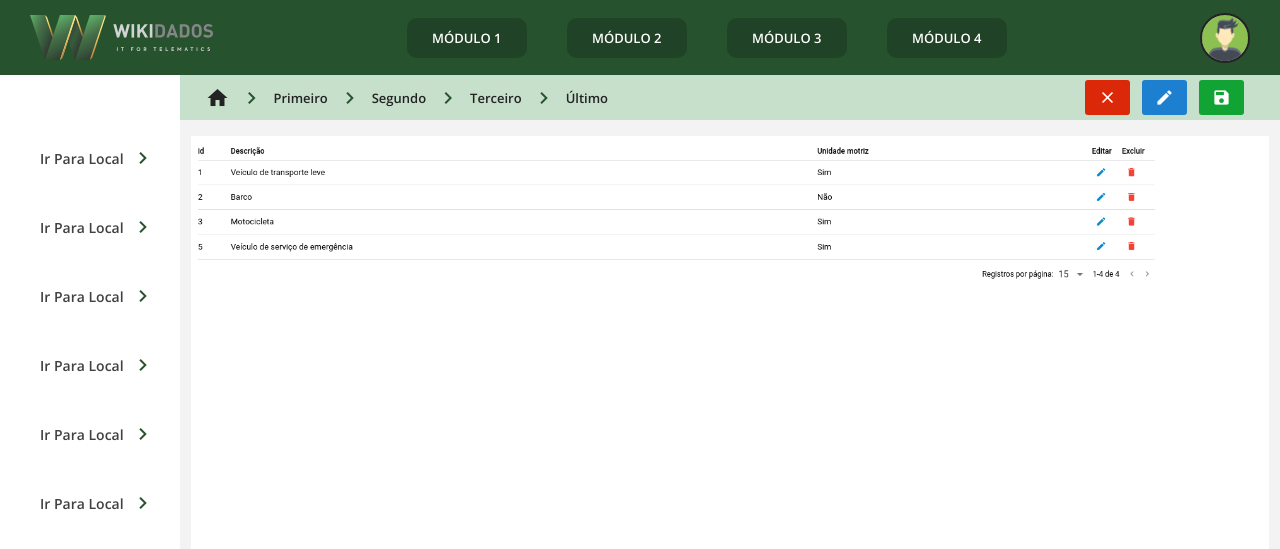
Repository: AlexDjon/alexdjon.github.io
Page: wiki-relayout/index.html
An editor plug-in stored every save of this project. The page is shown before and after the next save, followed by the edit.
The browser window is 1280 px wide. The pictures show the whole page.

Above is the page before, as saved 2020-08-12 16:31:42.

### wiki-relayout/index.html
<!DOCTYPE html>
<html lang="pt-br">

<head>
  <meta charset="UTF-8">
  <meta name="viewport" content="width=device-width, initial-scale=1.0">
  <title>Wiki - Relayout</title>

  <link rel="shotcut icon" href="https://wikidados.com.br/assets/wiki/img/logos/favicon.ico">
  <link href="https://fonts.googleapis.com/icon?family=Material+Icons" rel="stylesheet">
  <link href="https://fonts.googleapis.com/css2?family=Open+Sans:wght@400;600;700&display=swap" rel="stylesheet">
  <link rel="stylesheet" href="css/styles.css">
</head>

<body>
  <header class="cabecalho">
    <img src="img/logo.svg" alt="Logo Wiki" class="logo">

    <div class="modulos">
      <button>Módulo 1</button>
      <button>Módulo 2</button>
      <button>Módulo 3</button>
      <button>Módulo 4</button>
    </div>

    <button class="user">
    </button>
  </header>

  <aside class="areas">
    <ul>
      <li><i class="material-icons">donut_large</i> Editar perfil</li>
      <li><i class="material-icons">grade</i> Favoritos</li>
      <li><i class="material-icons">history</i> Histórico</li>
      <li><i class="material-icons">power_settings_new</i> Sair</li>
    </ul>
  </aside>

  <main class="conteudo">
    <nav class="navbar">
      <ul class="menu">
        <li>Ir para local <i class="material-icons">chevron_right</i></li>
        <li>Ir para local <i class="material-icons">chevron_right</i></li>
        <li>Ir para local <i class="material-icons">chevron_right</i></li>
        <li>Ir para local <i class="material-icons">chevron_right</i></li>
        <li>Ir para local <i class="material-icons">chevron_right</i></li>
        <li>Ir para local <i class="material-icons">chevron_right</i></li>
      </ul>
    </nav>

    <div class="meio">
      <div class="barra">
        <ul class="caminho">
          <li>
            <i class="material-icons">home</i>
          </li>
          <li id="separator">
            <i class="material-icons">chevron_right</i>
          </li>
          <li>
            Primeiro
          </li>
          <li id="separator">
            <i class="material-icons">chevron_right</i>
          </li>
          <li>
            Segundo
          </li>
          <li id="separator">
            <i class="material-icons">chevron_right</i>
          </li>
          <li>
            Terceiro
          </li>
          <li id="separator">
            <i class="material-icons">chevron_right</i>
          </li>
          <li>
            Último
          </li>
        </ul>

        <div class="list-buttons">
          <button>
            <i class="material-icons">close</i>
          </button>
          <button>
            <i class="material-icons">edit</i>
          </button>
          <button>
            <i class="material-icons">save</i>
          </button>
        </div>
      </div>

      <div class="viewer">
        <img src="img/tabela-exemplo.png" alt="Tabela">
      </div>
    </div>

  </main>

  <script src="js/scripts.js"></script>
</body>

</html>

### wiki-relayout/css/styles.css
* {
  padding: 0;
  margin: 0;
  font-weight: 100%;
  font-family: 'Open Sans', sans-serif;
  border: 0;
  outline: 0;
  box-sizing: border-box;
}

body {
  background: #f3f3f3;
}

:root {
  --verdeW: #26522e;
  --verdeW2: #204226;
  --verdeW-semi: #c6e0cc;
  --verde: #32a852;
  --black: #232323;
  --black2: #414141;
  --white: #ffffff;
  --grey: #3b3b3b;
  --shadow: -4px 4px 8px 0px rgba(10, 10, 10, 0.27);
  --cabecalhoY: 75px;
  --barrY: 45px;
}

/* CABECALHO */
.cabecalho {
  width: 100%;
  height: var(--cabecalhoY);
  background: var(--verdeW);
  padding: 10px 30px;
  display: flex;
  justify-content: space-between;
  align-items: center;
}

.cabecalho .logo {
  height: 45px;
}

.cabecalho .modulos {
  display: flex;
}
.cabecalho .modulos button {
  margin: 0 20px;
  width: 120px;
  height: 40px;
  border-radius: 10px;
  background-color: var(--verdeW2);
  color: var(--white);
  font-size: 13px;
  text-transform: uppercase;
  font-weight: 600;
  cursor: pointer;
  transition: filter 0.3s;
}
.cabecalho .modulos button:hover {
  filter: brightness(90%);
}
.cabecalho .user {
  height: 50px;
  width: 50px;
  border-radius: 50%;
  border: solid 2px var(--black);

  background-image: url(../img/avatar1.png);
  background-size: cover;
  background-position: center center;

  cursor: pointer;
}

/* AREAS */
.areas {
  display: none;
  min-width: 180px;
  position: absolute;
  top: var(--cabecalhoY);
  right: 0;
  background-color: var(--white);
  box-shadow: var(--shadow);
}
.areas.ativo {
  display: block;
}
.areas ul {
  list-style: none;
  padding: 10px 20px 10px 40px;
}
.areas ul li {
  margin: 17px 0;
  font-size: 15px;
  color: var(--black2);

  display: flex;
  justify-content: flex-start;
  align-items: center;
  transition: color 0.3s;
  cursor: pointer;
}
.areas ul li:hover {
  color: var(--black);
}
.areas ul li i {
  margin-right: 8px;
  font-size: 17px;
  color: var(--verdeW);
}


/* NAVBAR */
.navbar {
  width: 210px;
  height: calc(100vh - var(--cabecalhoY));
  background: var(--white);
  /* border-bottom: solid 20px var(--verdeW); */
}
.navbar .menu {
  padding: 50px 0 50px 30px;
  display: flex;
  flex-direction: column;
  justify-content: flex-start;
  align-items: flex-start;
  list-style: none;
}
.navbar .menu li {
  margin: 14px 0;
  text-transform: capitalize;
  font-weight: 600;
  color: var(--black2);
  font-size: 14px;
  padding: 7px 3px 10px 10px;
  /* border-bottom: solid 1px var(--white);
  border-radius: 0 0 5px 0; */

  display: flex;
  justify-content: space-between;
  align-items: center;

  cursor: pointer;
}
.navbar .menu li i {
  margin-left: 7px;
  color: var(--black2);
}
.navbar .menu li i {
  color: var(--verdeW);
}


/* CONTEUDO */
.conteudo {
  width: 100%;
  height: calc(100vh - var(--cabecalhoY));

  display: flex;
}

.meio {
  width: 100%;
  display: flex;
  flex-direction: column;
}

.meio .barra {
  width: 100%;
  height: var(--barrY);
  padding: 0 20px;
  margin-bottom: 10px;
  background-color: var(--verdeW-semi);
  display: flex;
  justify-content: space-between;
  align-items: center;
}
/*
.meio .barra div#separator span i {
  margin: 0 5px;
  color: var(--verdeW);
} */
.meio .barra .caminho {
  height: var(--barrY);
  display: flex;
  align-items: center;
  list-style: none;
}
.meio .barra .caminho li {
  height: var(--barrY);
  margin: 0 5px;
  font-size: 13px;
  font-weight: 600;
  color: var(--black);
  display: flex;
  align-items: center;
}
.meio .barra .caminho li:not(#separator) {
  cursor: pointer;
}

.meio .barra .caminho li#separator {
  color: var(--verdeW);
}

.list-buttons {
  margin: 0 10px;
  display: flex;
}
.list-buttons button {
  height: 35px;
  width: 45px;
  margin: 0 6px 0 6px;
  border-radius: 3px;
  display: flex;
  justify-content: center;
  align-items: center;
  /* border: solid 1px var(--white); */
  background: var(--verdeW2);
  cursor: pointer;
}
.list-buttons button i {
  font-size: 19px;
  color: var(--white);
}
.list-buttons button:nth-child(1) {
  background: #db2809;
}
.list-buttons button:nth-child(2) {
  background: #1d7fcf;
}
.list-buttons button:nth-child(3) {
  background: #11a333;
}

/* VIEWER */
.viewer {
  width: 98%;
  margin: 6px 1%;
  height: calc(100vh - calc(var(--cabecalhoY) + var(--barrY)) - 12px);
  min-height: 500px;
  background-color: var(--white);
}

.viewer img {
  width: 90%;
}

### wiki-relayout/js/scripts.js
function getItem(info) {
  return document.querySelector(info)
}

getItem('.user').addEventListener('click', () => {
  getItem('.areas').classList.toggle('ativo')
})

After the next save:
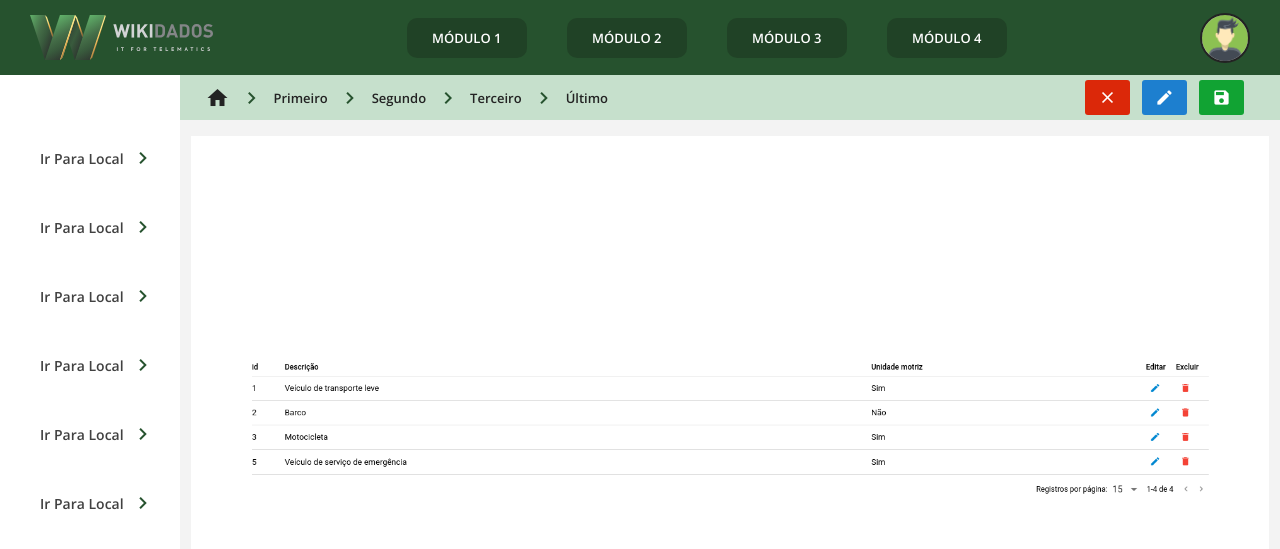
Saved 17 s later.
--- a/wiki-relayout/css/styles.css
+++ b/wiki-relayout/css/styles.css
@@ -238,8 +238,10 @@ body {
   width: 98%;
   margin: 6px 1%;
   height: calc(100vh - calc(var(--cabecalhoY) + var(--barrY)) - 12px);
-  min-height: 500px;
   background-color: var(--white);
+  display: flex;
+  justify-content: center;
+  align-items: center;
 }
 
 .viewer img {
